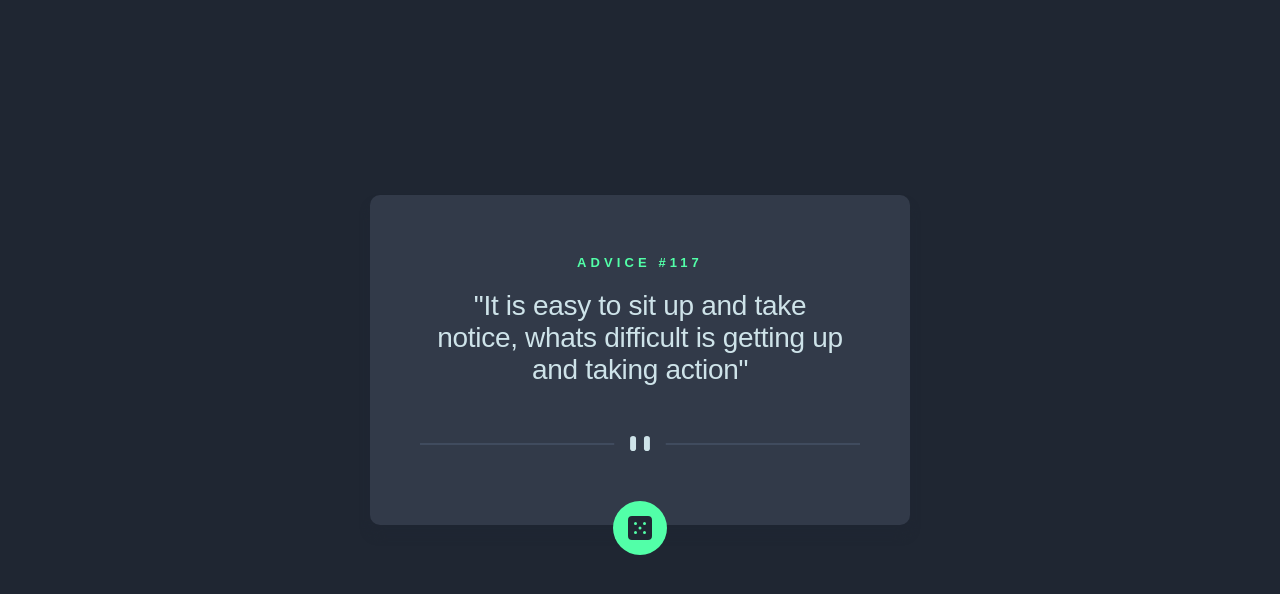
Repository: Arkitecth/advice-generator
Page: index.html
These files come from the project's save history. The page is drawn as it stood at one moment and after the next save; the edit follows.
The browser window is 1280 px wide. The pictures show the whole page.

Above is the page before, as saved 2023-07-12 18:28:10.

After the next save:
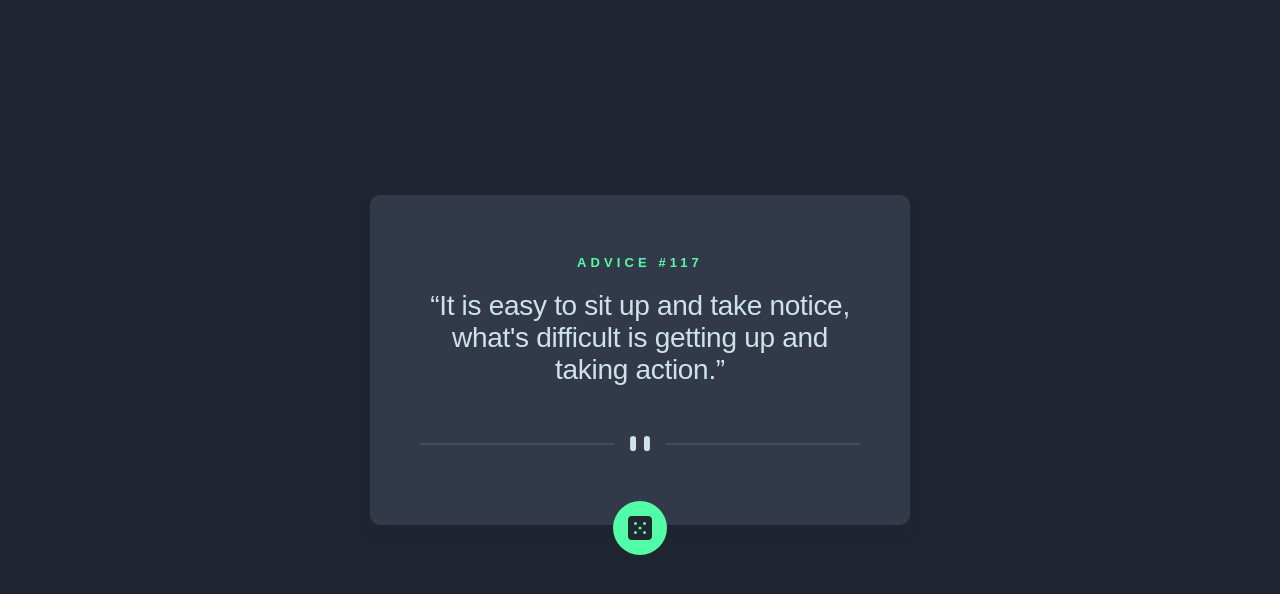
Saved 35 s later.
--- a/index.html
+++ b/index.html
@@ -12,7 +12,7 @@
 <body>
   <div class="container">
     <p class="advice">Advice <span class="advice-num">#117</span></p>
-    <p class="advice-text">"It is easy to sit up and take notice, whats difficult is getting up and taking action"</p>
+    <p class="advice-text">“It is easy to sit up and take notice, what's difficult is getting up and taking action.”</p>
     <img class="pattern-divider" src="images/pattern-divider-desktop.svg" alt="pattern-divider-desktop">
     <div>
       <img class="dice-icon" src="images/icon-dice.svg" alt="dice-icon">
